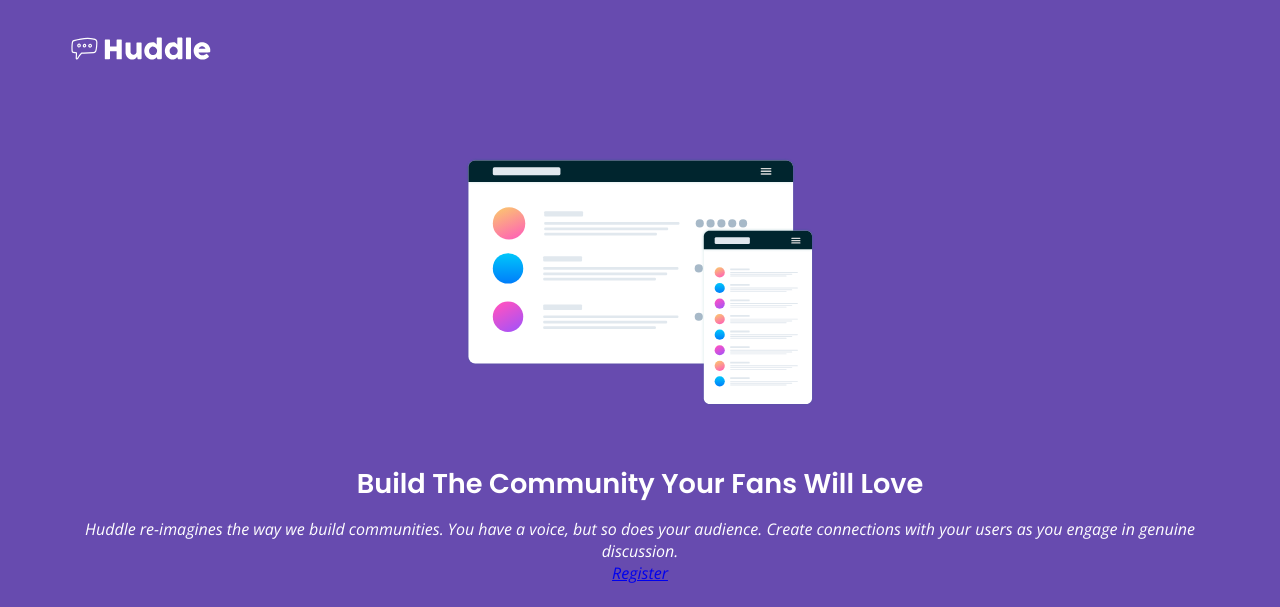
Repository: ivanvqz/huddle-landing-page
Page: index.html
These files come from the project's save history. The page is drawn as it stood at one moment and after the next save; the edit follows.
The browser window is 1280 px wide. The pictures show the part of the page from y = 0 to 607 px (the page is 1005 px tall before and 992 px after).
A picture or video elsewhere on the page could not be fetched, so the positions and the page height are approximate.

Above is the page before, as saved 2022-10-19 22:44:10.

After the next save:
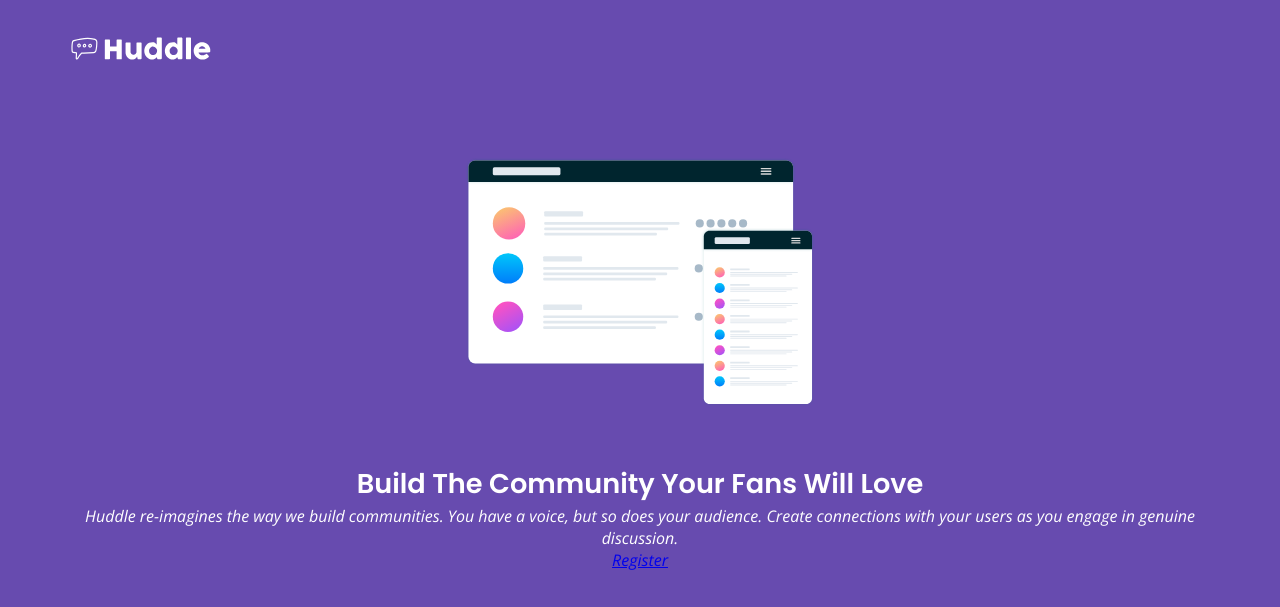
Saved 8 s later.
--- a/css/style.css
+++ b/css/style.css
@@ -61,5 +61,4 @@
 .hero__title {
     font-size: 1.7rem;
     font-family: var(--font2);
-    margin-bottom: 0.5em;
 }
